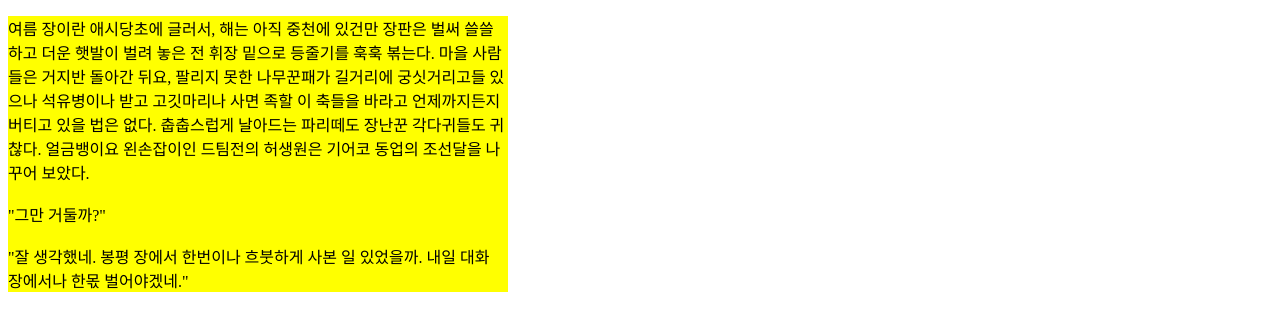
Repository: jeemaru/htme_01
Page: css_02/ex_02.html
The author's editor kept a copy of each file at every save. The page is drawn from the files as they stood at one save, then again after the next save.
The browser window is 1280 px wide. The pictures show the whole page.

Above is the page before, as saved 2022-04-07 02:10:11.

### css_02/ex_02.html
<!DOCTYPE html>

<html lang="ko"> <!-- 한국어문서만 검색할때, 음성으로 할때 한국어 음성지원 -->
    <head>
        <meta charset="UTF-8"> <!-- 브라우저가 문서를 해석할때 필요한 정보 -->
        <title>스타일시트</title>
		<!-- 스타일시트자리 -->
		<style>
			.box {background-color: #ffff00;
				  width: 500px;}

		</style>

    </head>

    <body>


			<p class="box">여름 장이란 애시당초에 글러서, 해는 아직 중천에 있건만 장판은 벌써 쓸쓸하고 더운 햇발이 벌려 놓은
               전 휘장 밑으로 등줄기를 훅훅 볶는다. 마을 사람들은 거지반 돌아간 뒤요, 팔리지 못한 나무꾼패가 길거리에
               궁싯거리고들 있으나 석유병이나 받고 고깃마리나 사면 족할 이 축들을 바라고 언제까지든지 버티고 있을 법은 없다.
               춥춥스럽게 날아드는 파리떼도 장난꾼 각다귀들도 귀찮다. 얼금뱅이요 왼손잡이인 드팀전의 허생원은 기어코 동업의
               조선달을 나꾸어 보았다.<br>
               <br>
               "그만 거둘까?"<br>
               <br>
               "잘 생각했네. 봉평 장에서 한번이나 흐붓하게 사본 일 있었을까.
               내일 대화 장에서나 한몫 벌어야겠네."<br>
           </p>


    </body>

</html>

After the next save:
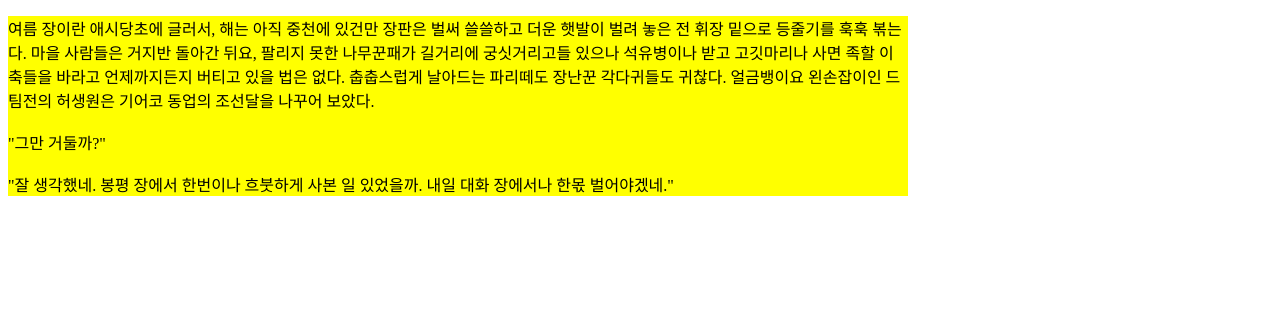
Saved 10 s later.
--- a/css_02/ex_02.html
+++ b/css_02/ex_02.html
@@ -7,7 +7,7 @@
 		<!-- 스타일시트자리 -->
 		<style>
 			.box {background-color: #ffff00;
-				  width: 500px;}
+				  width: 900px;}
 
 		</style>
 
